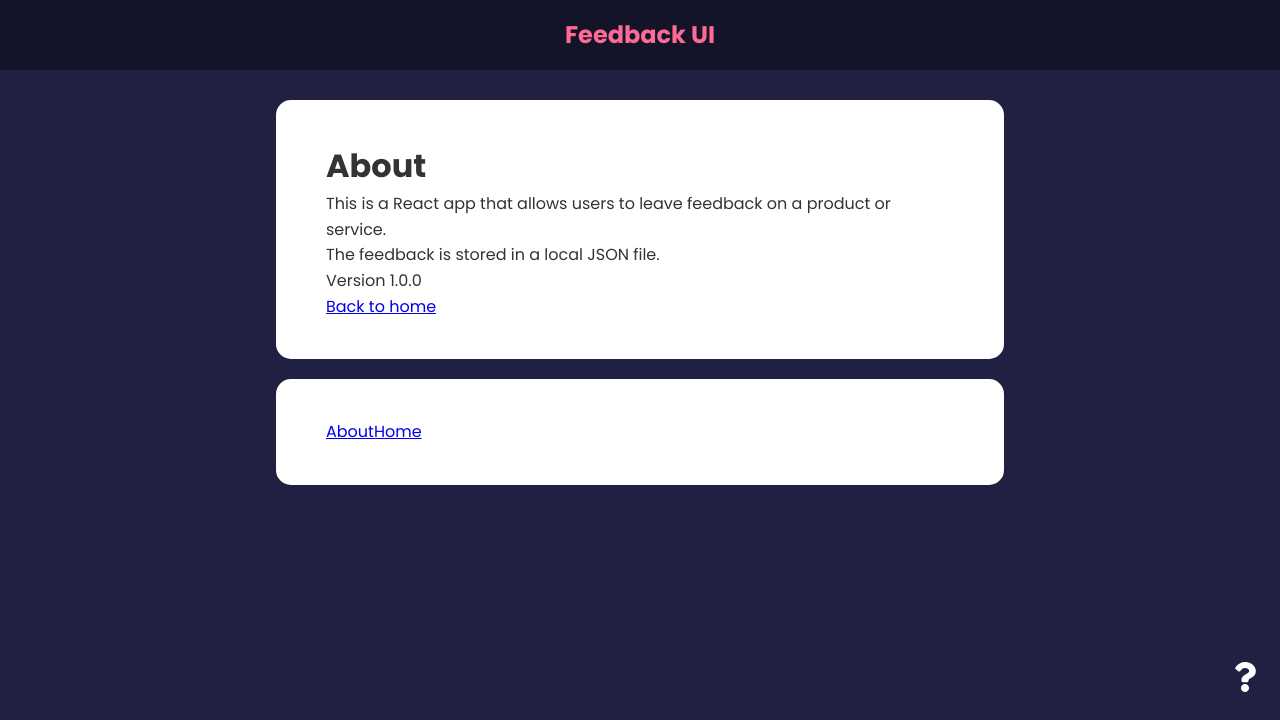
Repository: bayorwor/feedbackapp
Page: /about
These files come from the project's save history. The page is drawn as it stood at one moment and after the next save; the edit follows.
The browser window is 1280 px wide. The pictures show the whole page.
The project was rebuilt for these pictures with package versions that can differ from the ones it lists, and the page was loaded fresh each time. Also part of the build but not shown: src/components/FeedbaackItem.jsx, src/components/FeedbackList.jsx, src/components/FeedbackStats.jsx, src/components/shared/Button.js, src/components/RatingSelect.jsx, src/components/FeedbackForm.jsx.

Above is the page before, as saved 2022-01-31 07:25:32.

### public/index.html
<!DOCTYPE html>
<html lang="en">
  <head>
    <meta charset="utf-8" />
    <link rel="icon" href="%PUBLIC_URL%/favicon.ico" />
    <meta name="viewport" content="width=device-width, initial-scale=1" />
    <meta name="theme-color" content="#000000" />
    <meta
      name="description"
      content="Web site created using create-react-app"
    />
    <link rel="apple-touch-icon" href="%PUBLIC_URL%/logo192.png" />
    <link rel="manifest" href="%PUBLIC_URL%/manifest.json" />
    <title>feedback app</title>
  </head>
  <body>
    <noscript>You need to enable JavaScript to run this app.</noscript>
    <div id="root"></div>
  </body>
</html>

### src/App.js
import { useState } from "react";
import { BrowserRouter as Router, Route, Routes } from "react-router-dom";
import { v4 as uuidV4 } from "uuid";
import Header from "./components/Header";
import feedbackData from "./data/feedBacks";
import FeedbackList from "./components/FeedbackList";
import FeedbackStats from "./components/FeedbackStats";
import FeedbackForm from "./components/FeedbackForm";
import AboutPage from "./pages/AboutPage";
import AboutIconLink from "./components/AboutIconLink";
import Footer from "./components/Footer";

const App = () => {
  const [feedback, setFeedback] = useState(feedbackData);

  const deleteFeedback = (id) => {
    if (window.confirm("Are you sure you want to delete this feedback?")) {
      setFeedback(feedback.filter((feedback) => feedback.id !== id));
    }
  };

  const addFeedback = (newFeedback) => {
    newFeedback.id = uuidV4();
    setFeedback([newFeedback, ...feedback]);
  };

  return (
    <Router>
      <Header />
      <div className="container">
        <Routes>
          <Route
            exact
            path="/"
            element={
              <>
                <FeedbackForm addFeedback={addFeedback} />
                <FeedbackStats feedback={feedback} />
                <FeedbackList
                  feedback={feedback}
                  deleteFeedback={deleteFeedback}
                />
              </>
            }
          ></Route>
          <Route path="/about" element={<AboutPage />} />
        </Routes>
        <Footer />
        <AboutIconLink />
      </div>
    </Router>
  );
};

export default App;

### src/components/Header.jsx
import React from "react";
import PropTypes from "prop-types";

const Header = ({ text, bgColor, textColor }) => {
  const headerStyle = {
    backgroundColor: bgColor,
    color: textColor,
  };

  return (
    <header style={headerStyle}>
      <div className="container">
        <h2>{text}</h2>
      </div>
    </header>
  );
};

Header.defaultProps = {
  text: "Feedback UI",
  bgColor: "rgba(0, 0, 0, 0.4)",
  textColor: "#ff6a95",
};

Header.propTypes = {
  text: PropTypes.string,
  bgColor: PropTypes.string,
  textColor: PropTypes.string,
};

export default Header;

### src/data/feedBacks.js
const feedbackData = [
  {
    rating: 7,
    text: "This is an example of a feedback item",
    id: 1,
  },
  {
    rating: 9,
    text: "lorem  ipsum dolor sit  amet consectetur adipisicing elit. Qui, quisquam.",
    id: 2,
  },
  {
    rating: 12,
    text: "lorem  ipsum dolor sit  amet consectetur adipisicing elit. Qui, quisquam.",
    id: 3,
  },
];

export default feedbackData;

### src/pages/AboutPage.jsx
import React from "react";
import { Link } from "react-router-dom";
import Card from "../components/shared/Card";

function AboutPage() {
  return (
    <Card>
      <h1>About</h1>
      <p>
        This is a React app that allows users to leave feedback on a product or
        service.
      </p>
      <p>The feedback is stored in a local JSON file.</p>
      <p>Version 1.0.0</p>
      <p>
        <Link to="/">Back to home</Link>
      </p>
    </Card>
  );
}

export default AboutPage;

### src/components/AboutIconLink.jsx
import React from "react";
import { FaQuestion } from "react-icons/fa";
import { Link } from "react-router-dom";

function AboutIconLink() {
  return (
    <div className="about-link">
      <Link to="/about">
        <FaQuestion size={30} />
      </Link>
    </div>
  );
}

export default AboutIconLink;

### src/components/Footer.jsx
import { NavLink } from "react-router-dom";
import Card from "./shared/Card";

function Footer() {
  return (
    <Card>
      <NavLink to="/about">About</NavLink>
      <NavLink to="/">Home</NavLink>
    </Card>
  );
}

export default Footer;

### src/components/shared/Card.jsx
import React from "react";
import PropTypes from "prop-types";

function Card({ children, reverse }) {
  return <div className={`card ${reverse && "reverse"}`}>{children}</div>;
}

Card.defaultProps = {
  reverse: false,
};

Card.propTypes = {
  children: PropTypes.node.isRequired,
  reverse: PropTypes.bool,
};

export default Card;

Loaded but not shown: src/index.js (common file); src/index.css (common file)

After the next save:
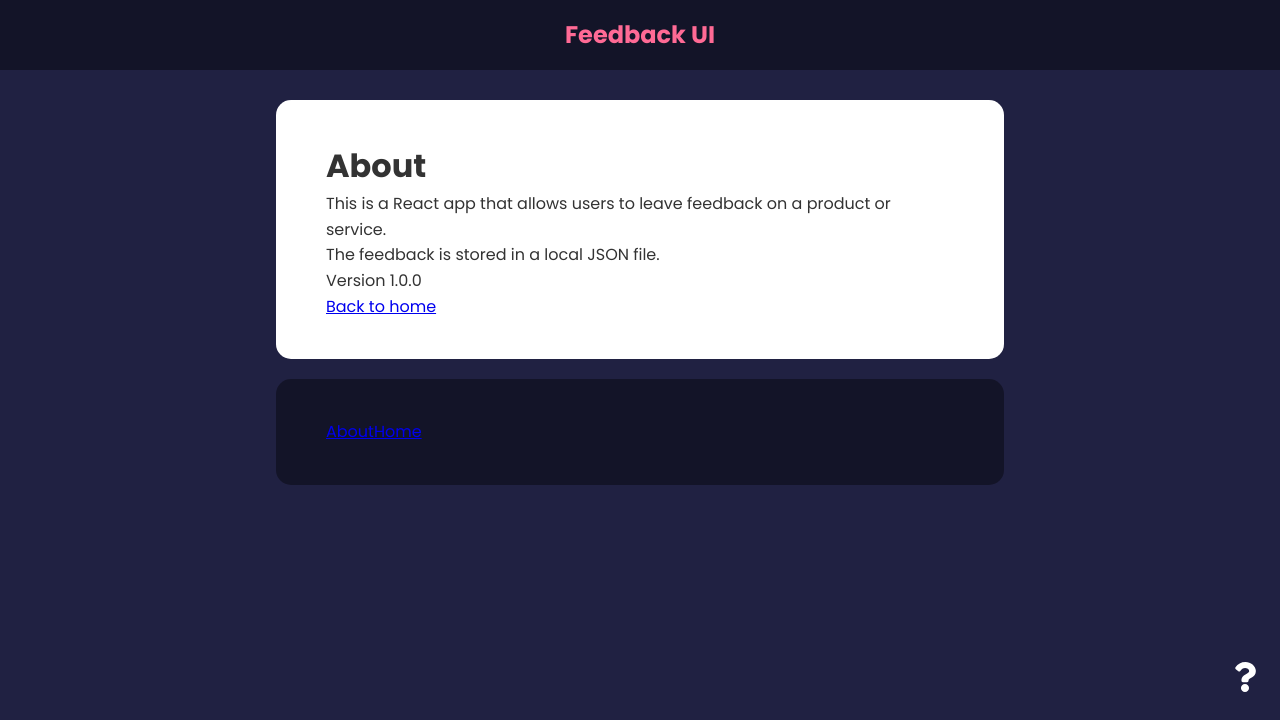
Saved 32 s later.
--- a/src/components/Footer.jsx
+++ b/src/components/Footer.jsx
@@ -3,7 +3,7 @@ import Card from "./shared/Card";
 
 function Footer() {
   return (
-    <Card>
+    <Card reverse={true}>
       <NavLink to="/about">About</NavLink>
       <NavLink to="/">Home</NavLink>
     </Card>
